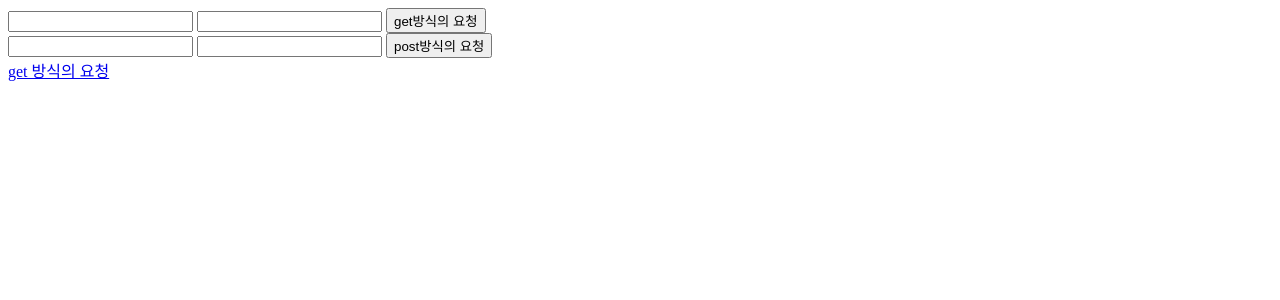
Repository: kimwoongasd/JSPAndServlet
Page: http://localhost/day1222/
These files come from the project's save history. The page is drawn as it stood at one moment and after the next save; the edit follows.
The browser window is 1280 px wide. The pictures show the whole page.
The page is served by Tomcat 9.

Above is the page before, as saved 2023-12-22 06:49:03.

After the next save:
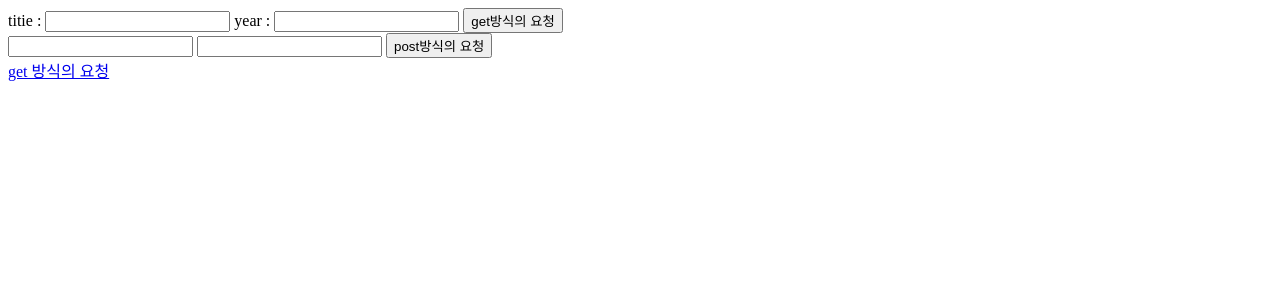
Saved 18 s later.
--- a/day1222/src/main/webapp/index.jsp
+++ b/day1222/src/main/webapp/index.jsp
@@ -8,8 +8,8 @@
 </head>
 <body>
 	<form action="hello" method="get">
-		<input type="text" name="title">
-		<input type="text" name="year">
+		titie : <input type="text" name="title">
+		year : <input type="text" name="year">
 		<input type="submit" value="get방식의 요청">
 	</form>
 	<form action="hello" method="post">
